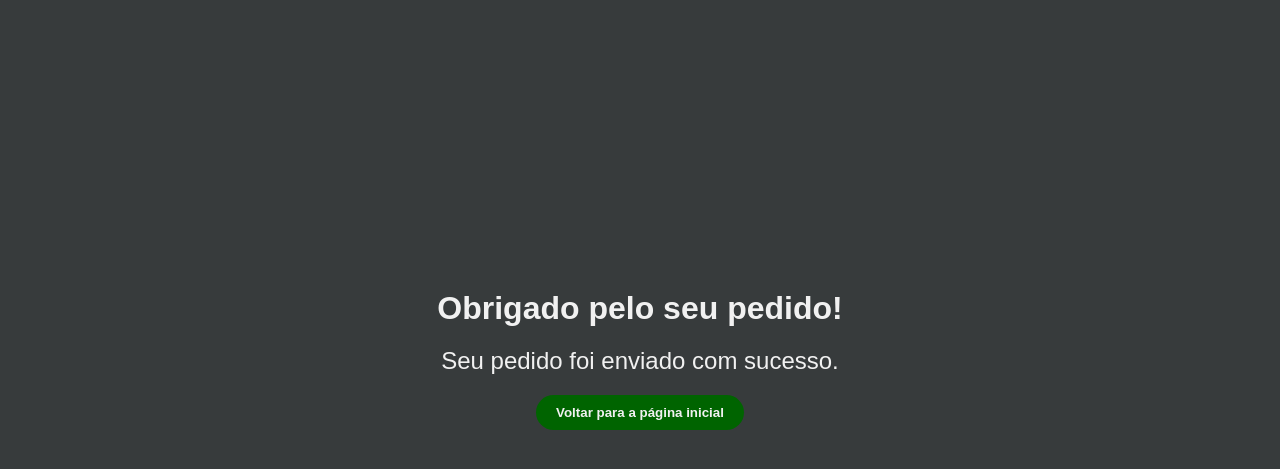
Repository: Marinalr-25/Projeto-Aparelhos-de-Academia
Page: thanks.html
An editor plug-in stored every save of this project. The page is shown before and after a run of saves, followed by the edit.
The browser window is 1280 px wide. The pictures show the whole page.

Above is the page before, as saved 2025-01-14 14:17:33.

### thanks.html
<!DOCTYPE html>
<html lang="en">
  <head>
    <meta charset="UTF-8" />
    <meta name="viewport" content="width=device-width, initial-scale=1.0" />
    <link rel="stylesheet" href="css/thanks.css" />
    <link rel="stylesheet" href="css/temas.css" />
    <title>Obrigada!</title>
  </head>

  <style>
    a {
      font-size: 20px;
    }
  </style>
  <body>
    <h1 class="h1">Obrigado pelo seu pedido!</h1>
    <p class="paragrafo">Seu pedido foi enviado com sucesso.</p>
    <button class="button" onclick="window.location.href='telaPrincipal.html'">
      Voltar para a página inicial
    </button>
  </body>
</html>

### css/thanks.css
* {
  margin: 0;
  padding: 0;
  box-sizing: border-box;
}

html {
  font-size: 62.5%;
}

body {
  font-family: 'Montserrat', sans-serif;
  background-color: #373b3c;
  color: #f1f1f1;
  display: flex;
  flex-direction: column;
  justify-content: center;
  align-items: center;
  gap: 2rem;
  height: 100svh;
}

.h1 {
  font-size: 3.2rem;
}
.paragrafo {
  font-size: 2.4rem;
}

.button {
  outline: none;
  border: none;
  padding: 1rem 2rem;
  border-radius: 5rem;
  font-weight: 600;
  background-color: var(--cor-fundo);
  color: var(--clara);
}

### css/temas.css
:root {
  --cor-fundo: #006400;
  --cor-texto: #00c957;
  --verde-primario: #006400;
  --verde-secundario: #00c957;
  --azul-primario: #0d6bb2;
  --azul-secundario: #83e3ff;
  --rosa-primario: #ae2478;
  --rosa-secundario: #eed3e4;
  --vermelho-primario: #a50000;
  --vermelho-secundario: #e4b2b2;
  --roxo-primario: #4c4c99;
  --roxo-secundario: #c9c9e0;
  --laranja-primario: #ff6c37;
  --laranja-secundario: #ffd2c3;
}

.pop-up-temas {
  display: none;
  opacity: 0;
  transition: opacity 0.3s ease, transform 0.3s ease;
  &.aberto {
    display: flex;
    position: fixed;
    top: 50%;
    left: 50%;
    transform: translate(-50%, -50%);
    opacity: 1;
    height: 18rem;
    background-color: rgba(0, 0, 0, 0.95);
    border-radius: 1.5rem;

    & .container {
      display: flex;
      justify-content: center;
      align-items: center;
      gap: 1rem;
      flex-direction: row;
      padding: 2rem;
      max-width: 65rem;
      position: relative;

      & .bolinha {
        width: 4rem;
        height: 4rem;
        margin: 0.5rem;
        border-radius: 50%;

        &.verde {
          background: linear-gradient(
            to right,
            var(--verde-primario) 50%,
            var(--verde-secundario) 50%
          );
        }
        &.azul {
          background: linear-gradient(
            to right,
            var(--azul-primario) 50%,
            var(--azul-secundario) 50%
          );
        }

        &.rosa {
          background: linear-gradient(
            to right,
            var(--rosa-primario) 50%,
            var(--rosa-secundario) 50%
          );
        }
        &.vermelho {
          background: linear-gradient(
            to right,
            var(--vermelho-primario) 50%,
            var(--vermelho-secundario) 50%
          );
        }
        &.roxo {
          background: linear-gradient(
            to right,
            var(--roxo-primario) 50%,
            var(--roxo-secundario) 50%
          );
        }
        &.laranja {
          background: linear-gradient(
            to right,
            var(--laranja-primario) 50%,
            var(--laranja-secundario) 50%
          );
        }
      }
      & .icone-fechar {
        display: block;
        position: absolute;
        top: 0;
        right: 0;
        color: var(--cor-fundo);
        z-index: 10001;
        width: 5rem;
        height: 5rem;
      }
    }
  }
}

After the next 2 saves:
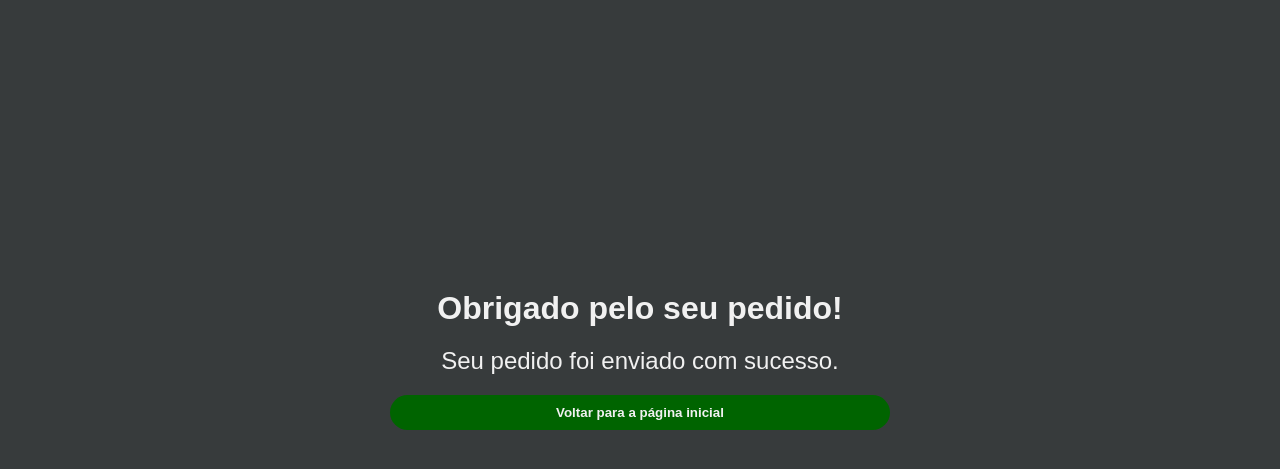
The 2 saves are shown as one change because they came seconds apart.
The last was saved 13 s later.
--- a/css/thanks.css
+++ b/css/thanks.css
@@ -35,4 +35,5 @@ body {
   font-weight: 600;
   background-color: var(--cor-fundo);
   color: var(--clara);
+  width: 50rem;
 }
